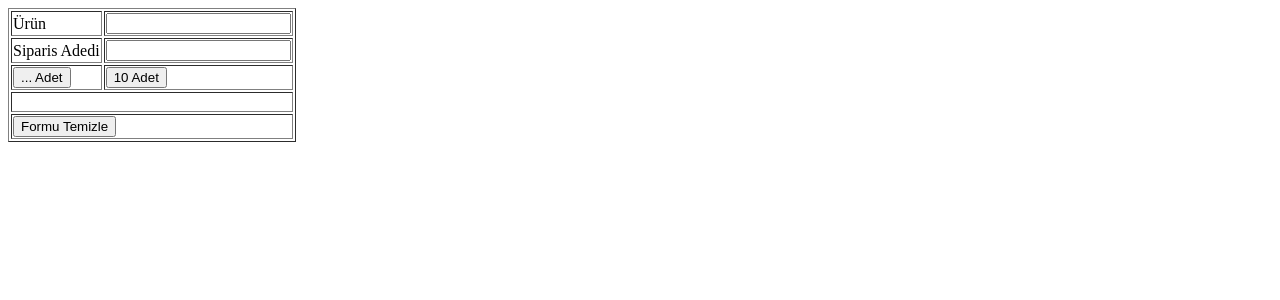
Repository: emrebolukbas/.js-Training-Tobeto
Page: 3-Siparis/public/Siparis.html
The author's editor kept a copy of each file at every save. The page is drawn from the files as they stood at one save, then again after the next save.
The browser window is 1280 px wide. The pictures show the whole page.

Above is the page before, as saved 2023-10-08 12:10:25.

### 3-Siparis/public/Siparis.html
<!DOCTYPE html>
<html>
<head>
	<meta charset="UTF-8">
	<title> 3- Siparis 1.0 </title>
	<script type="text/javascript" src="Siparis.js"></script>
	<link rel="stylesheet" href="Siparis.css">
</head>
<body>

	<table border="1">
		<tr>
			<td>
				Ürün
			</td>
			<td>
				<input id="input-1" type="text">
			</td>
		</tr>
		<tr>
			<td>
				Siparis Adedi
			</td>
			<td>
				<input id="input-2" type="text">
			</td>
		</tr>
		<tr>
			<td>
				<button onclick="adetSiparis()"> ... Adet </button>
			</td>
			<td>
				<button onclick="onSiparis()"> 10 Adet </button>
			</td>
		</tr>
		<tr>
			<td colspan="2">
				<p id="p-1"></p>
			</td>
		</tr>
		<tr>
			<td colspan="2">
				<button id="button-3" onclick="temizle()"> Formu Temizle </button>
			</td>
		</tr>

	</table>

</body>
</html>

Loaded but not shown: 3-Siparis/public/Siparis.js (common file); 3-Siparis/public/Siparis.css (common file)

After the next save:
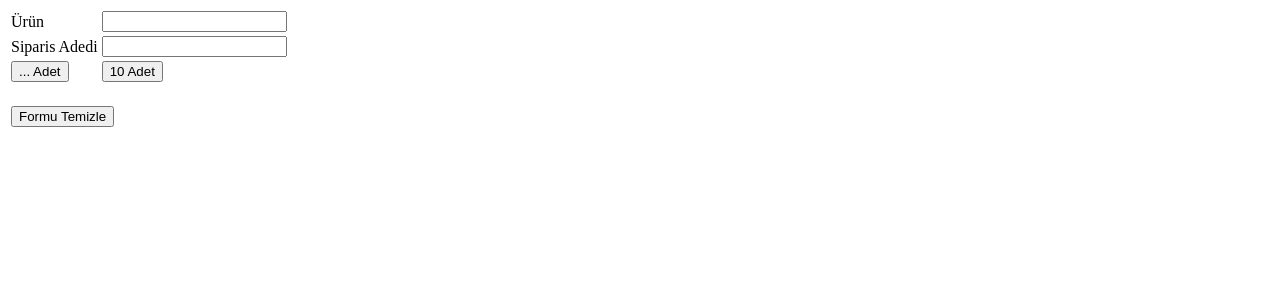
Saved 9 min 24 s later.
--- a/3-Siparis/public/Siparis.html
+++ b/3-Siparis/public/Siparis.html
@@ -8,8 +8,8 @@
 </head>
 <body>
 
-	<table border="1">
-		<tr>
+	<table class="table-1">
+		<tr class="tr-1">
 			<td>
 				Ürün
 			</td>
@@ -17,7 +17,7 @@
 				<input id="input-1" type="text">
 			</td>
 		</tr>
-		<tr>
+		<tr class="tr-2">
 			<td>
 				Siparis Adedi
 			</td>
@@ -25,7 +25,7 @@
 				<input id="input-2" type="text">
 			</td>
 		</tr>
-		<tr>
+		<tr class="tr-3">
 			<td>
 				<button onclick="adetSiparis()"> ... Adet </button>
 			</td>
@@ -33,12 +33,12 @@
 				<button onclick="onSiparis()"> 10 Adet </button>
 			</td>
 		</tr>
-		<tr>
+		<tr class="tr-4">
 			<td colspan="2">
 				<p id="p-1"></p>
 			</td>
 		</tr>
-		<tr>
+		<tr class="tr-5">
 			<td colspan="2">
 				<button id="button-3" onclick="temizle()"> Formu Temizle </button>
 			</td>
